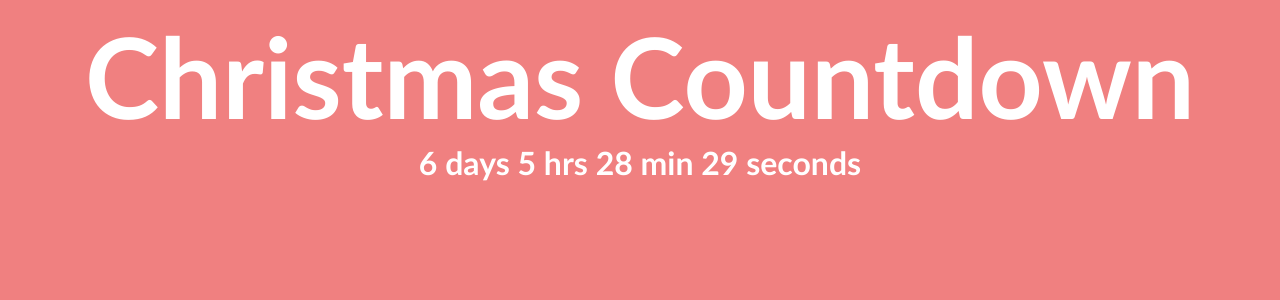
Repository: notMaximilian/countdown-timer
Page: index.html
An editor plug-in stored every save of this project. The page is shown before and after the next save, followed by the edit.
The browser window is 1280 px wide. The pictures show the whole page.

Above is the page before, as saved 2021-12-18 19:02:22.

### index.html
<html lang="en">
    <head>
        <meta charset="utf-8"/>
        <title>Christmas Countdown</title>
        <link rel="stylesheet" href="styles.css"/>
    </head>
    <body>
        <h1 id="main-text">Christmas Countdown</h1>
        <h1 id="time-left"></h1>
        <script src="app.js"></script>
    </body>
</html>

### styles.css
body{
    background-color: lightcoral;
    text-align: center;
    color:#ffffff;
    font-family: 'Trebuchet MS', 'Lucida Sans Unicode', 'Lucida Grande', 'Lucida Sans', Arial, sans-serif;
}

h1 { padding:0; margin:0; }

#main-text{
    font-size: 700%;

}

#time-left{
    /* font-size:  500%; */
}

### app.js
const timeLeft = document.getElementById('time-left')
let timerId;
//Units of time
const second = 1000
const minute = second * 60
const hour = minute * 60
const day = hour * 24

const christmas = new Date('12/25/2021')

function countdown(){
    const today = new Date();
    const timeSpan = christmas - today;

    if(timeSpan <= -day){
        timeLeft.innerHTML("I hope you had a Merry Christmas!!!")
        clearInterval(timerId)
        return
    }

    if (timeSpan <= 0){
        timeLeft.innerHTML("Merry Christmas!!!")
        clearInterval(timerId)
        return
    }

    const days = Math.floor(timeSpan / day)
    const hours = Math.floor((timeSpan % day) / hour)
    const minutes = Math.floor((timeSpan % hour) / minute)
    const seconds = Math.floor((timeSpan % minute) / second)

    timeLeft.innerHTML = days + " days " + hours + " hrs " + minutes + " min " + seconds + " seconds"

}

timerId = setInterval(countdown, second)

After the next save:
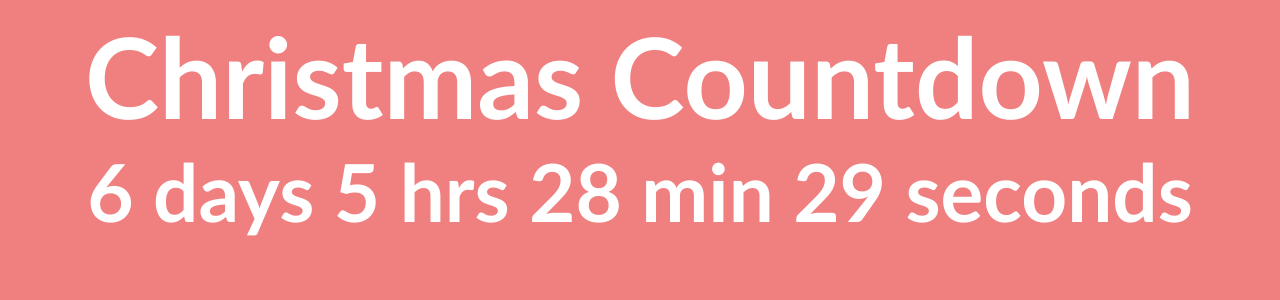
Saved 4 s later.
--- a/styles.css
+++ b/styles.css
@@ -13,5 +13,5 @@
 }
 
 #time-left{
-    /* font-size:  500%; */
+    font-size:  500%;
 }

After the save that followed:
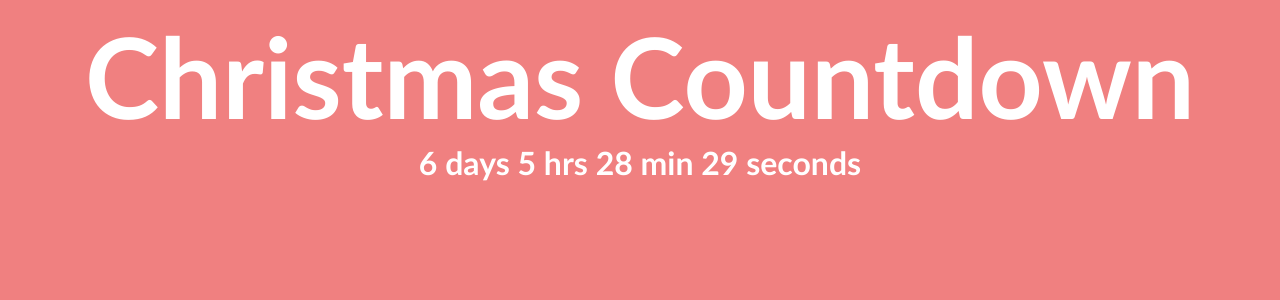
Saved 8 s later.
--- a/styles.css
+++ b/styles.css
@@ -13,5 +13,5 @@
 }
 
 #time-left{
-    font-size:  500%;
+    font-size:  200%;
 }
